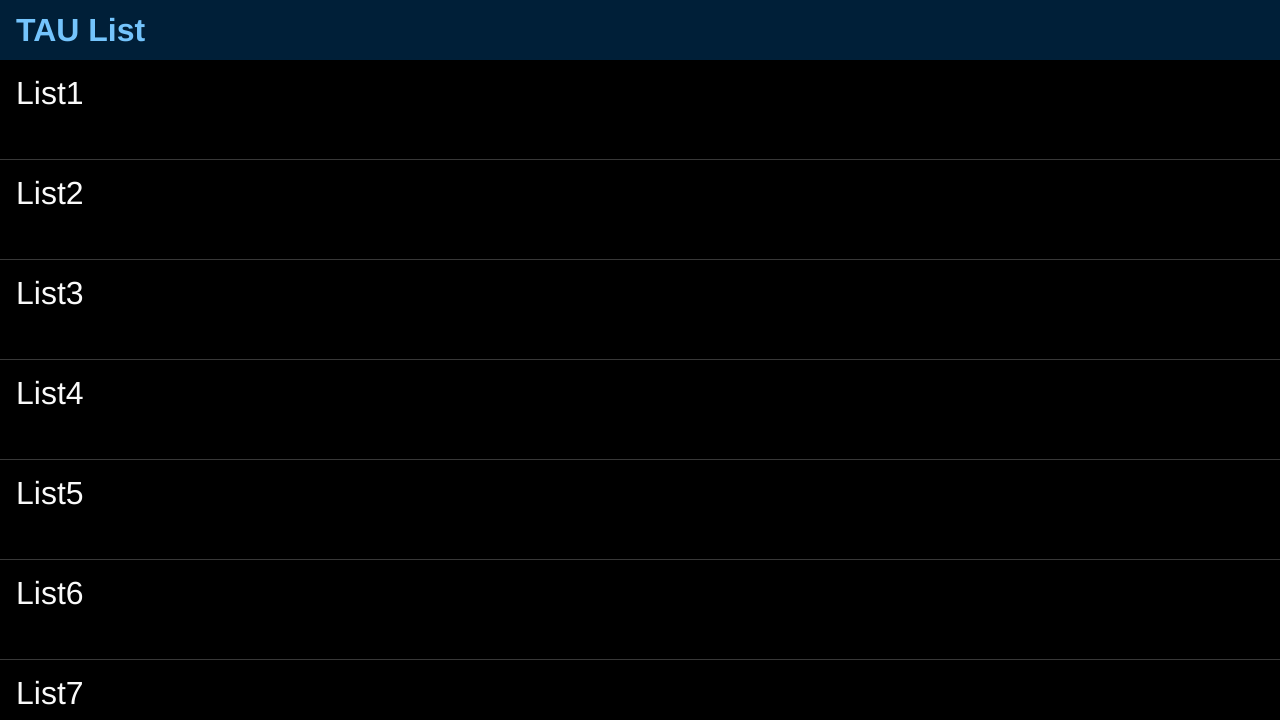
Repository: vikas344041/DemoTizen
Page: Demo/index.html
The author's editor kept a copy of each file at every save. The page is drawn from the files as they stood at one save, then again after the next save.
The browser window is 1280 px wide. The pictures show the whole page.
An inner scrolling area shows only its first screen.

Above is the page before, as saved 2018-01-31 16:53:06.

### Demo/index.html
<!DOCTYPE html>
<html>
<head>
	<meta name="viewport" content="width=device-width,user-scalable=no">
	<title>List</title>
	<link rel="stylesheet" href="lib/tau/wearable/theme/default/tau.min.css">
	<link rel="stylesheet" media="all and (-tizen-geometric-shape: circle)" href="lib/tau/wearable/theme/default/tau.circle.min.css">
	<!-- load theme file for your application -->
	<link rel="stylesheet" href="css/style.css">
</head>
<body>
	<div class="ui-page ui-page-active" id="main">
		<header>
			<h2 class="ui-title">TAU List</h2>
		</header>
		<div class="ui-content">
			<ul class="ui-listview">
				<li><a href="#">List1</a></li>
				<li><a href="#">List2</a></li>
				<li><a href="#">List3</a></li>
				<li><a href="#">List4</a></li>
				<li><a href="#">List5</a></li>
				<li><a href="#">List6</a></li>
				<li><a href="#">List7</a></li>
				<li><a href="#">List8</a></li>
				<li><a href="#">List9</a></li>
				<li><a href="#">List10</a></li>
			</ul>
		</div>
	</div>
	<script src="lib/tau/wearable/js/tau.min.js"></script>
	<script src="js/circle-helper.js"></script>
	<script src="js/app.js"></script>
	<script src="js/lowBatteryCheck.js"></script>
</body>
</html>

### Demo/css/style.css
/* this file is left blank on purpose, if developer can't find classes he needs in framework, he can customize his
app adding his own styles here
 */

### Demo/js/circle-helper.js
/*global tau */
/*jslint unparam: true */
(function (tau) {

	// This logic works only on circular device.
	if (tau.support.shape.circle) {
		/**
		 * pagebeforeshow event handler
		 * Do preparatory works and adds event listeners
		 */
		document.addEventListener("pagebeforeshow", function (event) {
			/**
			 * page - Active page element
			 * list - NodeList object for lists in the page
			 */
			var page,
				list;

			page = event.target;
			if (page.id !== "page-snaplistview" && page.id !== "page-swipelist" && page.id !== "page-marquee-list") {
				list = page.querySelector(".ui-listview");
				if (list) {
					tau.widget.ArcListview(list);
				}
			}
		});
	}
}(tau));

### Demo/js/lowBatteryCheck.js
(function () {
	var systeminfo = {

		systeminfo: null,

		lowThreshold: 0.04,

		listenBatteryLowState: function () {
			var self = this;

			try {
				this.systeminfo.addPropertyValueChangeListener(
					"BATTERY",
					function change(battery) {
						if (!battery.isCharging) {
							try {
								tizen.application.getCurrentApplication().exit();
							} catch (ignore) {
							}
						}
					},
					{
						lowThreshold: self.lowThreshold
					},
					function onError(error) {
						console.warn("An error occurred " + error.message);
					}
				);
			} catch (ignore) {
			}
		},

		checkBatteryLowState: function () {
			var self = this;

			try {
				this.systeminfo.getPropertyValue(
					"BATTERY",
					function (battery) {
						if (battery.level < self.lowThreshold && !battery.isCharging) {
							try {
								tizen.application.getCurrentApplication().exit();
							} catch (ignore) {
							}
						}
					},
					null);
			} catch (ignore) {
			}
		},

		init: function () {
			if (typeof tizen === "object" && typeof tizen.systeminfo === "object") {
				this.systeminfo = tizen.systeminfo;
				this.checkBatteryLowState();
				this.listenBatteryLowState();
			}			else {
				console.warn("tizen.systeminfo is not available.");
			}
		}
	};

	systeminfo.init();
}());

Loaded but not shown: Demo/lib/tau/wearable/theme/default/tau.min.css (library); Demo/lib/tau/wearable/js/tau.min.js (library); Demo/lib/tau/wearable/theme/default/tau.circle.min.css (library); Demo/js/app.js (no copy from this time; the picture is the same without it)

After the next save:
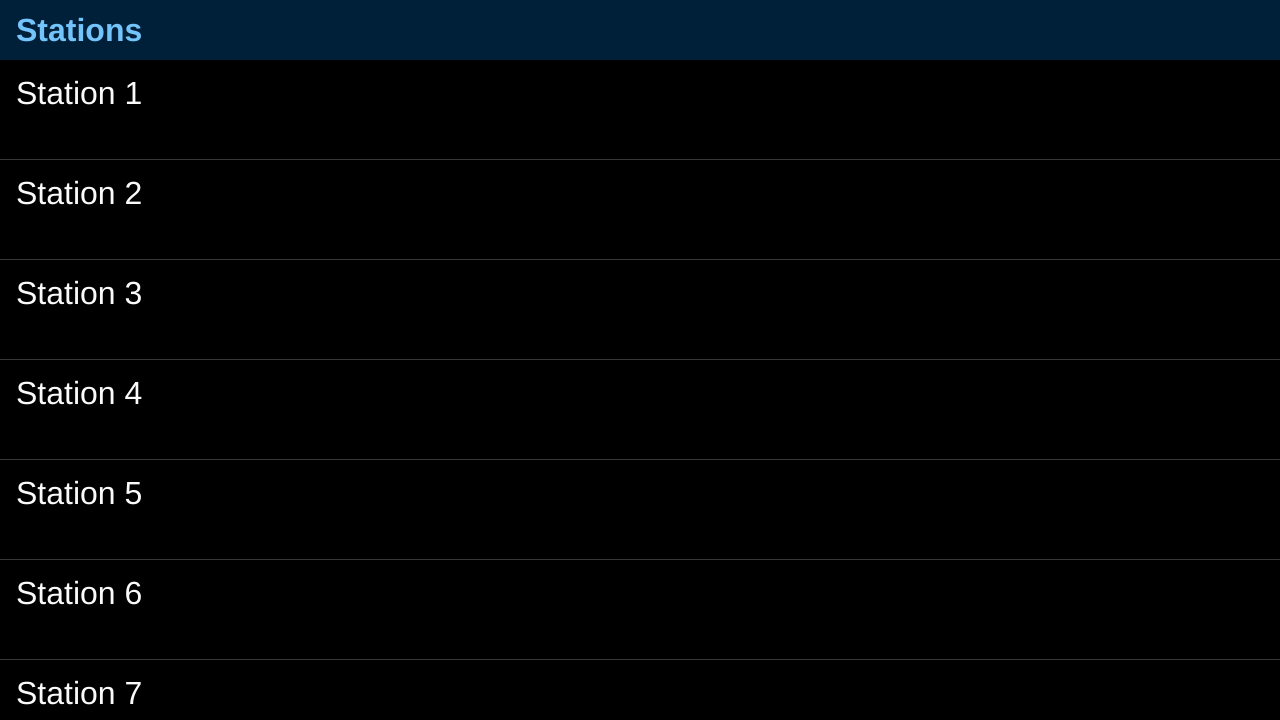
Saved 4 min 57 s later.
--- a/Demo/index.html
+++ b/Demo/index.html
@@ -11,20 +11,20 @@
 <body>
 	<div class="ui-page ui-page-active" id="main">
 		<header>
-			<h2 class="ui-title">TAU List</h2>
+			<h2 class="ui-title">Stations</h2>
 		</header>
 		<div class="ui-content">
 			<ul class="ui-listview">
-				<li><a href="#">List1</a></li>
-				<li><a href="#">List2</a></li>
-				<li><a href="#">List3</a></li>
-				<li><a href="#">List4</a></li>
-				<li><a href="#">List5</a></li>
-				<li><a href="#">List6</a></li>
-				<li><a href="#">List7</a></li>
-				<li><a href="#">List8</a></li>
-				<li><a href="#">List9</a></li>
-				<li><a href="#">List10</a></li>
+				<li><a href="#">Station 1</a></li>
+				<li><a href="#">Station 2</a></li>
+				<li><a href="#">Station 3</a></li>
+				<li><a href="#">Station 4</a></li>
+				<li><a href="#">Station 5</a></li>
+				<li><a href="#">Station 6</a></li>
+				<li><a href="#">Station 7</a></li>
+				<li><a href="#">Station 8</a></li>
+				<li><a href="#">Station 9</a></li>
+				<li><a href="#">Station 10</a></li>
 			</ul>
 		</div>
 	</div>
